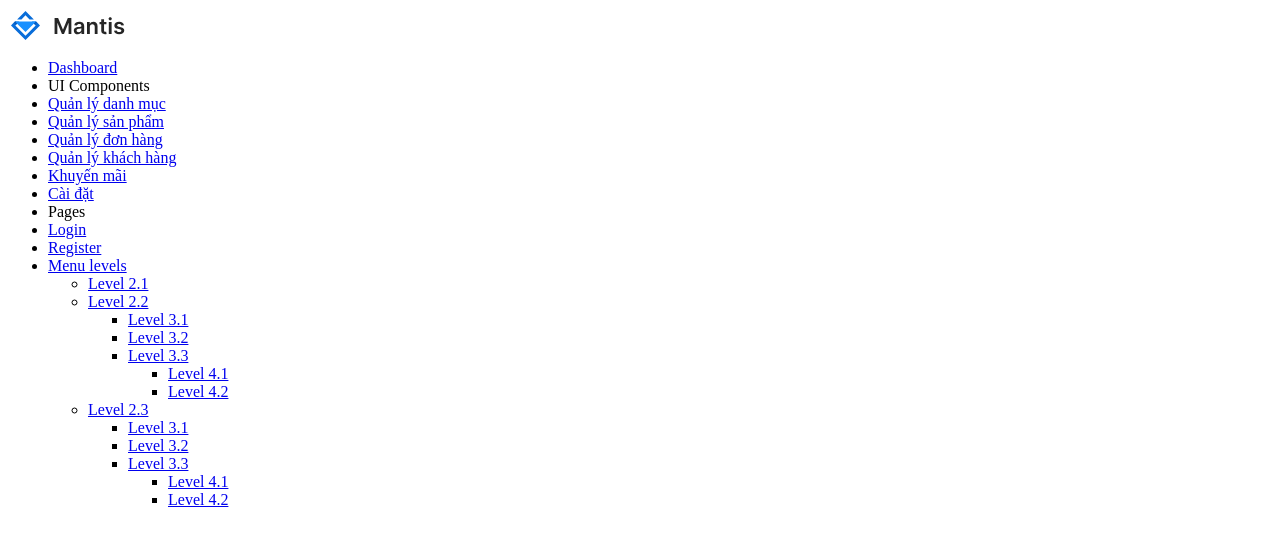
Repository: DucDMinh/LTWebJava_Nhom10
Page: http://localhost/admin/fragments/sidebar
An editor plug-in stored every save of this project. The page is shown before and after the next save, followed by the edit.
The browser window is 1280 px wide. The pictures show the whole page.
The page is this project's Thymeleaf template; nobody is signed in. The template is opened directly, without the code that normally fills it, so the values that code supplies are empty.

Above is the page before, as saved 2025-10-20 00:51:44.

### nhom10/src/main/resources/templates/admin/fragments/sidebar.html

<!-- [ Sidebar Menu ] start -->
<nav class="pc-sidebar" th:fragment="sidebar">
	<div class="navbar-wrapper">
		<div class="m-header">
			<a href="../dashboard/index.html" class="b-brand text-primary"> <!-- ========   Change your logo from here   ============ -->
				<img src="../assets/images/logo-dark.svg" class="img-fluid logo-lg"
				alt="logo">
			</a>
		</div>
		<div class="navbar-content">
			<ul class="pc-navbar">
				<li class="pc-item"><a href="admin" class="pc-link"> <span
						class="pc-micon"><i class="ti ti-dashboard"></i></span> <span
						class="pc-mtext">Dashboard</span>
				</a></li>

				<li class="pc-item pc-caption"><label>UI Components</label> <i
					class="ti ti-dashboard"></i></li>
				<li class="pc-item"><a href="admin/category" class="pc-link">
						<span class="pc-micon"><i class="ti ti-bookmarks"></i></span> <span
						class="pc-mtext">Quản lý danh mục</span>
				</a></li>
				<li class="pc-item"><a href="admin/category" class="pc-link">
						<span class="pc-micon"><i class="ti ti-brand-producthunt"></i></span>
						<span class="pc-mtext">Quản lý sản phẩm</span>
				</a></li>
				<li class="pc-item"><a href="admin/category" class="pc-link">
						<span class="pc-micon"><i class="ti ti-license"></i></span> <span
						class="pc-mtext">Quản lý đơn hàng</span>
				</a></li>
				<li class="pc-item"><a href="admin/category" class="pc-link">
						<span class="pc-micon"><i class="ti ti-users"></i></span> <span
						class="pc-mtext">Quản lý khách hàng</span>
				</a></li>
				<li class="pc-item"><a href="admin/category" class="pc-link">
						<span class="pc-micon"><i class="ti ti-discount-2"></i></span> <span
						class="pc-mtext">Khuyến mãi</span>
				</a></li>
				<li class="pc-item"><a href="admin/category" class="pc-link">
						<span class="pc-micon"><i class="ti ti-settings"></i></span> <span
						class="pc-mtext">Cài đặt</span>
				</a></li>


				<li class="pc-item pc-caption"><label>Pages</label> <i
					class="ti ti-news"></i></li>
				<li class="pc-item"><a href="../pages/login.html"
					class="pc-link"> <span class="pc-micon"><i
							class="ti ti-lock"></i></span> <span class="pc-mtext">Login</span>
				</a></li>
				<li class="pc-item"><a href="../pages/register.html"
					class="pc-link"> <span class="pc-micon"><i
							class="ti ti-user-plus"></i></span> <span class="pc-mtext">Register</span>
				</a></li>

				<li class="pc-item pc-hasmenu"><a href="#!" class="pc-link"><span
						class="pc-micon"><i class="ti ti-menu"></i></span><span
						class="pc-mtext">Menu levels</span><span class="pc-arrow"><i
							data-feather="chevron-right"></i></span></a>
					<ul class="pc-submenu">
						<li class="pc-item"><a class="pc-link" href="#!">Level
								2.1</a></li>
						<li class="pc-item pc-hasmenu"><a href="#!" class="pc-link">Level
								2.2<span class="pc-arrow"><i data-feather="chevron-right"></i></span>
						</a>
							<ul class="pc-submenu">
								<li class="pc-item"><a class="pc-link" href="#!">Level
										3.1</a></li>
								<li class="pc-item"><a class="pc-link" href="#!">Level
										3.2</a></li>
								<li class="pc-item pc-hasmenu"><a href="#!" class="pc-link">Level
										3.3<span class="pc-arrow"><i
											data-feather="chevron-right"></i></span>
								</a>
									<ul class="pc-submenu">
										<li class="pc-item"><a class="pc-link" href="#!">Level
												4.1</a></li>
										<li class="pc-item"><a class="pc-link" href="#!">Level
												4.2</a></li>
									</ul></li>
							</ul></li>
						<li class="pc-item pc-hasmenu"><a href="#!" class="pc-link">Level
								2.3<span class="pc-arrow"><i data-feather="chevron-right"></i></span>
						</a>
							<ul class="pc-submenu">
								<li class="pc-item"><a class="pc-link" href="#!">Level
										3.1</a></li>
								<li class="pc-item"><a class="pc-link" href="#!">Level
										3.2</a></li>
								<li class="pc-item pc-hasmenu"><a href="#!" class="pc-link">Level
										3.3<span class="pc-arrow"><i
											data-feather="chevron-right"></i></span>
								</a>
									<ul class="pc-submenu">
										<li class="pc-item"><a class="pc-link" href="#!">Level
												4.1</a></li>
										<li class="pc-item"><a class="pc-link" href="#!">Level
												4.2</a></li>
									</ul></li>
							</ul></li>
					</ul></li>
			</ul>

		</div>
	</div>
</nav>
<!-- [ Sidebar Menu ] end -->

### nhom10/src/main/resources/static/assets/images/logo-dark.svg
<svg width="118" height="35" viewBox="0 0 118 35" fill="none" xmlns="http://www.w3.org/2000/svg"><path d="M4.63564 15.8644L6.94797 13.552L6.95038 13.5496H11.3006L9.56969 15.2806L9.12278 15.7275L7.35024 17.5L7.56977 17.7201L17.5 27.6498L27.6498 17.5L25.8766 15.7275L25.7518 15.602L23.6994 13.5496H28.0496L28.052 13.552L29.8644 15.3644L32 17.5L17.5 32L3 17.5L4.63564 15.8644ZM17.5 3L25.8784 11.3784H21.5282L17.5 7.35024L13.4718 11.3784H9.12158L17.5 3Z" fill="#096dd9"></path><path d="M7.35025 17.5L9.1228 15.7275L9.5697 15.2805L7.83937 13.5496H6.95039L6.94798 13.552L4.63564 15.8644L6.8551 18.073L7.35025 17.5Z" fill="url(#paint0_linear)"></path><path d="M25.8767 15.7275L27.6498 17.5L27.4743 17.6755L27.4749 17.6761L29.8644 15.3644L28.0521 13.552L28.0497 13.5496H27.8736L25.7518 15.602L25.8767 15.7275Z" fill="url(#paint1_linear)"></path><path d="M6.94549 13.5496L6.9479 13.552L9.12272 15.7275L17.4999 24.1041L28.0544 13.5496H6.94549Z" fill="#1890ff"></path><path d="M46.5781 10V26H49.3594V14.9844H49.5078L53.9297 25.9531H56.0078L60.4297 15.0078H60.5781V26H63.3594V10H59.8125L55.0625 21.5937H54.875L50.125 10H46.5781ZM69.8438 26.2422C71.7266 26.2422 72.8516 25.3594 73.3672 24.3516H73.4609V26H76.1797V17.9687C76.1797 14.7969 73.5937 13.8438 71.3047 13.8438C68.7813 13.8438 66.8437 14.9687 66.2188 17.1562L68.8594 17.5312C69.1406 16.7109 69.9375 16.0078 71.3203 16.0078C72.6328 16.0078 73.3516 16.6797 73.3516 17.8594V17.9062C73.3516 18.7188 72.5 18.7578 70.3828 18.9844C68.0547 19.2344 65.8281 19.9297 65.8281 22.6328C65.8281 24.9922 67.5547 26.2422 69.8438 26.2422ZM70.5781 24.1641C69.3984 24.1641 68.5547 23.625 68.5547 22.5859C68.5547 21.5 69.5 21.0469 70.7656 20.8672C71.5078 20.7656 72.9922 20.5781 73.3594 20.2812V21.6953C73.3594 23.0312 72.2813 24.1641 70.5781 24.1641ZM81.8516 18.9687C81.8516 17.2344 82.8984 16.2344 84.3906 16.2344C85.8516 16.2344 86.7266 17.1953 86.7266 18.7969V26H89.5547V18.3594C89.5625 15.4844 87.9219 13.8438 85.4453 13.8438C83.6484 13.8438 82.4141 14.7031 81.8672 16.0391H81.7266V14H79.0234V26H81.8516V18.9687ZM98.4219 14H96.0547V11.125H93.2266V14H91.5234V16.1875H93.2266V22.8594C93.2109 25.1172 94.8516 26.2266 96.9766 26.1641C97.7813 26.1406 98.3359 25.9844 98.6406 25.8828L98.1641 23.6719C98.0078 23.7109 97.6875 23.7812 97.3359 23.7812C96.625 23.7812 96.0547 23.5312 96.0547 22.3906V16.1875H98.4219V14ZM100.787 26H103.615V14H100.787V26ZM102.209 12.2969C103.107 12.2969 103.842 11.6094 103.842 10.7656C103.842 9.91406 103.107 9.22656 102.209 9.22656C101.303 9.22656 100.568 9.91406 100.568 10.7656C100.568 11.6094 101.303 12.2969 102.209 12.2969ZM116.008 17.1719C115.617 15.1406 113.992 13.8438 111.18 13.8438C108.289 13.8438 106.32 15.2656 106.328 17.4844C106.32 19.2344 107.398 20.3906 109.703 20.8672L111.75 21.2969C112.852 21.5391 113.367 21.9844 113.367 22.6641C113.367 23.4844 112.477 24.1016 111.133 24.1016C109.836 24.1016 108.992 23.5391 108.75 22.4609L105.992 22.7266C106.344 24.9297 108.195 26.2344 111.141 26.2344C114.141 26.2344 116.258 24.6797 116.266 22.4062C116.258 20.6953 115.156 19.6484 112.891 19.1562L110.844 18.7188C109.625 18.4453 109.141 18.0234 109.148 17.3281C109.141 16.5156 110.039 15.9531 111.219 15.9531C112.523 15.9531 113.211 16.6641 113.43 17.4531L116.008 17.1719Z" fill="#000" fill-opacity="0.85"></path><defs><linearGradient id="paint0_linear" x1="8.62526" y1="14.0888" x2="5.56709" y2="17.1469" gradientUnits="userSpaceOnUse"><stop stop-color="#003a8c"></stop><stop offset="0.9637" stop-color="#096dd9" stop-opacity="0"></stop></linearGradient><linearGradient id="paint1_linear" x1="26.2675" y1="14.1279" x2="28.7404" y2="16.938" gradientUnits="userSpaceOnUse"><stop stop-color="#003a8c"></stop><stop offset="1" stop-color="#096dd9" stop-opacity="0"></stop></linearGradient></defs></svg>

After the next save:
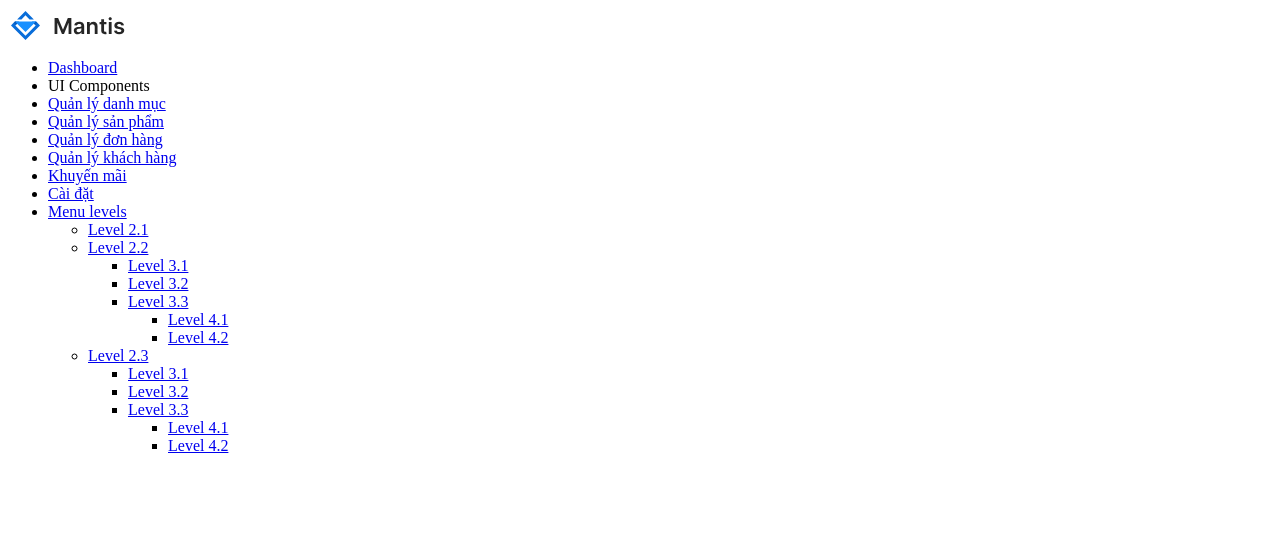
Saved 22 s later.
--- a/nhom10/src/main/resources/templates/admin/fragments/sidebar.html
+++ b/nhom10/src/main/resources/templates/admin/fragments/sidebar.html
@@ -40,18 +40,6 @@
 				<li class="pc-item"><a href="admin/category" class="pc-link">
 						<span class="pc-micon"><i class="ti ti-settings"></i></span> <span
 						class="pc-mtext">Cài đặt</span>
-				</a></li>
-
-
-				<li class="pc-item pc-caption"><label>Pages</label> <i
-					class="ti ti-news"></i></li>
-				<li class="pc-item"><a href="../pages/login.html"
-					class="pc-link"> <span class="pc-micon"><i
-							class="ti ti-lock"></i></span> <span class="pc-mtext">Login</span>
-				</a></li>
-				<li class="pc-item"><a href="../pages/register.html"
-					class="pc-link"> <span class="pc-micon"><i
-							class="ti ti-user-plus"></i></span> <span class="pc-mtext">Register</span>
 				</a></li>
 
 				<li class="pc-item pc-hasmenu"><a href="#!" class="pc-link"><span
